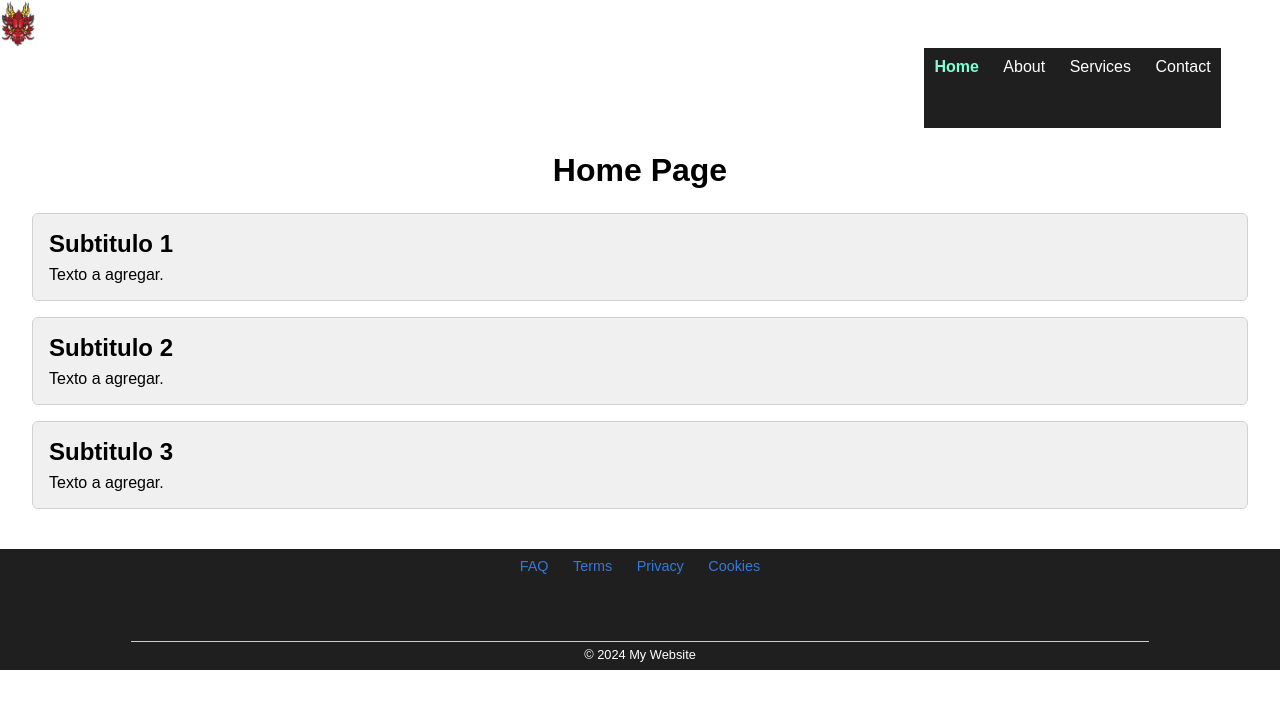
Repository: andreamm-lab/basic-navigation-example-2025-10
Page: index.html
The author's editor kept a copy of each file at every save. The page is drawn from the files as they stood at one save, then again after the next save.
The browser window is 1280 px wide. The pictures show the whole page.

Above is the page before, as saved 2025-11-06 19:43:43.

After the next save:
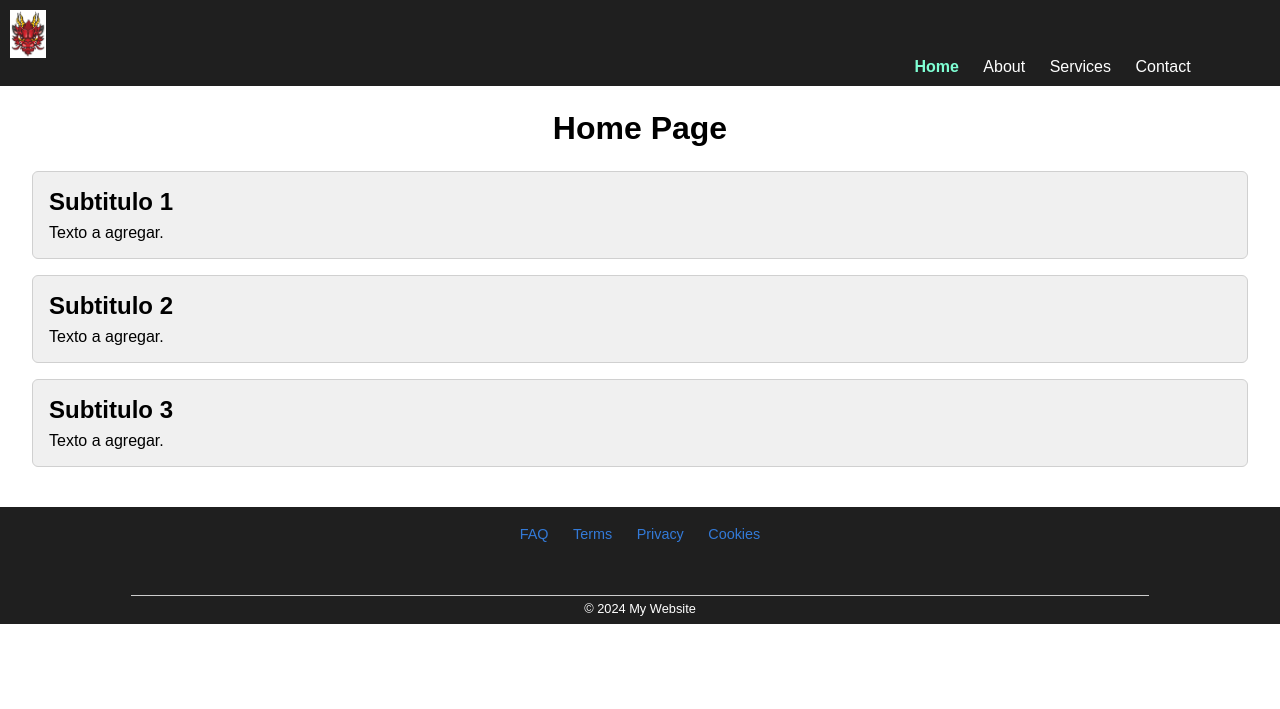
Saved 11 s later.
--- a/main.css
+++ b/main.css
@@ -19,7 +19,7 @@ body {
 
 /* background box and colors */
 /* nav: means both header and footer */
-nav ul {
+nav {
     padding: 10px 10px;
     min-height: 80px;
     background-color: #1F1F1F;
